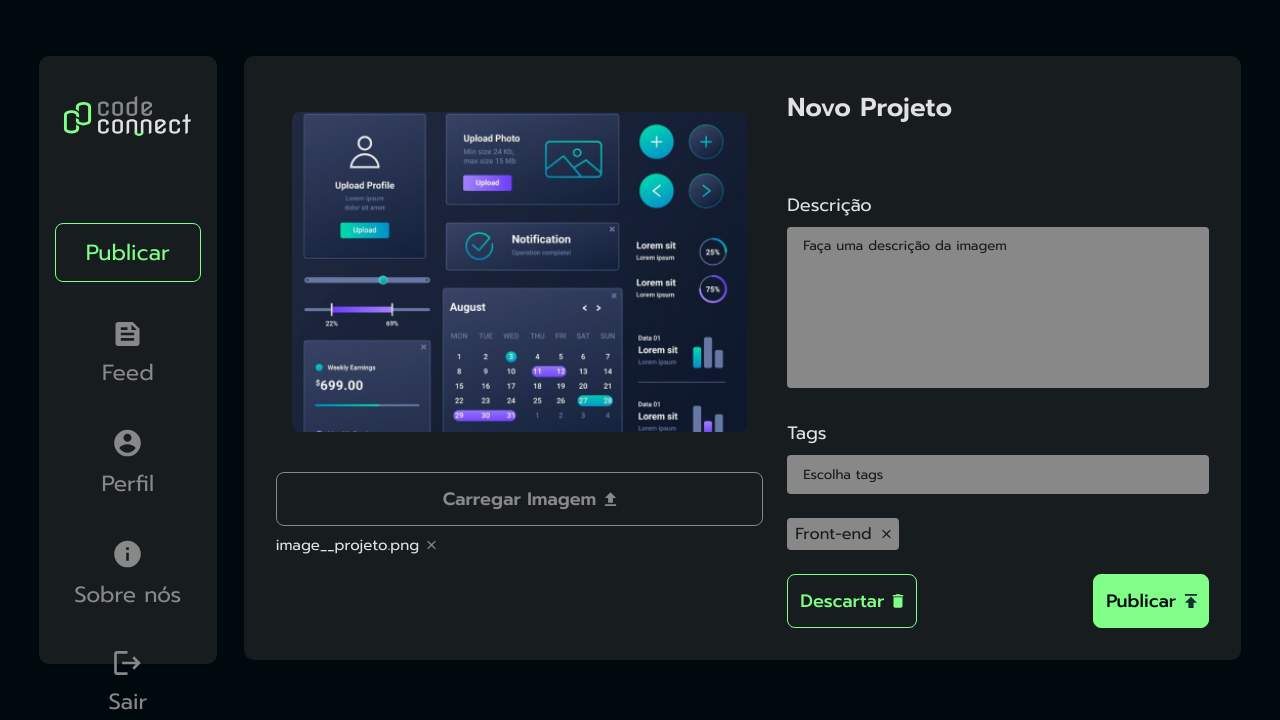
Repository: joaoPraiaJunior/async_await
Page: index.html
An editor plug-in stored every save of this project. The page is shown before and after the next save, followed by the edit.
The browser window is 1280 px wide. The pictures show the whole page.

Above is the page before, as saved 2024-08-25 21:05:52.

### index.html
<!DOCTYPE html>
<html lang="pt-BR" dir="ltr">

<head>
    <meta charset="UTF-8">
    <meta name="viewport" content="width=device-width, initial-scale=1.0">
    <meta name="description" content="Projeto Async Await">
    <link rel="preconnect" href="https://fonts.googleapis.com">
    <link rel="preconnect" href="https://fonts.gstatic.com" crossorigin>
    <link href="https://fonts.googleapis.com/css2?family=Prompt:ital,wght@0,100;0,200;0,300;0,400;0,500;0,600;0,700;0,800;0,900;1,100;1,200;1,300;1,400;1,500;1,600;1,700;1,800;1,900&display=swap" rel="stylesheet">
    <link rel="stylesheet" href="./css/styles.css">
    <title>CodeConnect</title>
</head>

<body>
    <aside class="l-lateral">
        <figure><img src="./img/Logo.svg" alt="Logo do codeconnect"></figure>
        <nav class="c-menu">
            <ul class="c-menu__lista">
                <li class="c-menu__item"><a href="#" class="c-menu__link">Publicar</a></li>
                <li class="c-menu__item"><a href="#" class="c-menu__link"><img src="./img/feed.svg" aria-hidden="true" alt>Feed</a></li>
                <li class="c-menu__item"><a href="#" class="c-menu__link"><img src="./img/account_circle.svg" aria-hidden="true" alt>Perfil</a></li>
                <li class="c-menu__item"><a href="#" class="c-menu__link"><img src="./img/info.svg" aria-hidden="true" alt>Sobre nós</a></li>
                <li class="c-menu__item"><a href="#" class="c-menu__link"><img src="./img/logout.svg" aria-hidden="true" alt>Sair</a></li>
            </ul>
        </nav>
    </aside>

    <main class="l-principal">
        <div class="c-upload-imagem">
            <div class="c-upload-imagem__container">
                <figure class="c-upload-imagem__publicacao">
                    <img src="./img/imagem1.png" data-js="imagem" alt>
                </figure>
            </div>
            <button class="c-upload-imagem__botao" aria-label="carregar imagem" data-js="upload-de-imagem" aria-label="carregar-imagem">Carregar Imagem</button>
            <input type="file" name="imagem" id="imagem" accept="image/*" aria-hidden="true" style="display:none" data-js="input-upload-imagem">
            <div class="c-upload-imagem__descricao">
                <p data-js="descricao-da-imagem">image__projeto.png</p>
                <img src="./img/close.svg" aria-label="Excluir a imagem" alt>
            </div>
        </div>

        <div class="c-formulario">
            <h1 class="c-formulario__titulo">Novo Projeto</h1>
            <form class="c-formulario__acoes">
                <div class="c-formulario__grupo">
                    <label for="descricao">Descrição</label>
                    <textarea name="descricao" id="descricao" placeholder="Faça uma descrição da imagem"></textarea>
                </div>

                <div class="c-formulario__grupo">
                    <label for="tags">Tags</label>
                    <input type="text" name="tags" id="tags" placeholder="Escolha tags">
                </div>

                <ul class="c-formulario__lista">
                    <li class="c-formulario__lista-tags">
                        <p>Front-end</p>
                        <img src="./img/close-black.svg" alt>
                    </li>
                </ul>

                <div class="c-formulario__botoes">
                    <button class="c-formulario__botao c-formulario__botao--descartar">Descartar</button>
                    <button class="c-formulario__botao c-formulario__botao--salvar">Publicar</button>
                </div>
            </form>
        </div>
    </main>

    <script src="./js/scripts.js"></script>
</body>

</html>

### css/styles.css
:root {
  /* Cores */
  --background-color: #00090e;
  --cor-do-texto: #e1e1e1;
  --cor-primaria: #81fe88;
  --cor-secundaria: #888888;
  --cor-da-tag: #171d1f;
  --componentes-do-background: #171d1f;

  /* Fontes */
  --fonte-padrao: "Prompt", sans-serif;
}

* {
  margin: 0;
  padding: 0;
  box-sizing: border-box;
}

html {
  font-size: 62.5%;
}

body {
  display: flex;
  justify-content: center;
  align-items: start;
  gap: 2.7rem;
  font-family: var(--fonte-padrao);
  font-size: 1.6rem;
  background-color: var(--background-color);
  color: var(--cor-do-texto);
  padding: 5.6rem 0;
  height: 100vh;
}

.l-lateral {
  text-align: center;
  background-color: var(--componentes-do-background);
  border-radius: 1rem;
  padding: 4rem 1.6rem;
  height: 100%;
}

.c-menu__lista {
  display: flex;
  flex-direction: column;
  align-items: center;
  gap: 4rem;
  margin-top: 8rem;
  list-style-type: none;
}

.c-menu__link {
  display: flex;
  flex-direction: column;
  align-items: center;
  gap: 1rem;
  font-size: 2.2rem;
  text-decoration: none;
  color: var(--cor-secundaria);
}

.c-menu__lista li:first-of-type a {
  color: var(--cor-primaria);
  border: 0.1rem solid var(--cor-primaria);
  border-radius: 0.8rem;
  padding: 1.2rem 3rem;
}

.l-principal {
  display: flex;
  gap: 2.4rem;
  background-color: var(--componentes-do-background);
  border-radius: 1rem;
  padding: 3.2rem;
}

.c-formulario {
  display: flex;
  flex-direction: column;
  gap: 2.4rem;
  width: 42.2rem;
}

.c-formulario__titulo {
  font-size: 2.6rem;
  font-weight: 600;
  margin-bottom: 4rem;
}

.c-formulario__acoes {
  display: flex;
  flex-direction: column;
  gap: 2.4rem;
}

.c-formulario__grupo label {
  display: block;
  font-size: 1.8rem;
  font-weight: 400;
  margin-bottom: 0.8rem;
}

.c-formulario__grupo input,
textarea {
  background-color: var(--cor-secundaria);
  font-family: var(--fonte-padrao);
  line-height: 2.25rem;
  border: none;
  border-radius: 0.4rem;
  padding: 0.8rem 1.6rem;
  width: 100%;
}

.c-formulario__grupo textarea {
  resize: none;
  height: 16.1rem;
}

.c-formulario__grupo input {
  height: 3.9rem;
}

.c-formulario__grupo input::placeholder, textarea::placeholder {
  color: var(--componentes-do-background);
}

.c-formulario__grupo label {
  cursor: pointer;
}

.c-formulario__lista {
  display: flex;
  list-style-type: none;
}

.c-formulario__lista-tags {
  display: flex;
  gap: 1rem;
  color: var(--cor-da-tag);
  background-color: var(--cor-secundaria);
  border-radius: 0.4rem;
  padding: 0.4rem 0.8rem;
  cursor: pointer;
}

.c-formulario__botoes {
  display: flex;
  justify-content: space-between;
  gap: 2.4rem;
}

.c-formulario__botao {
  font-family: var(--fonte-padrao);
  font-size: 1.8rem;
  font-weight: 500;
  text-align: center;
  border-radius: 0.8rem;
  padding: 1.2rem 3.2rem 1.2rem 1.2rem;
  cursor: pointer;
}

.c-formulario__botao--descartar,
.c-formulario__botao--salvar {
  position: relative;
}

.c-formulario__botao--descartar {
  color: var(--cor-primaria);
  background-color: var(--componentes-do-background);
  border: 0.1rem solid var(--cor-primaria);
}

.c-formulario__botao--salvar {
  color: var(--background-color);
  background-color: var(--cor-primaria);
  border: 0.1rem solid var(--cor-primaria);
}

.c-formulario__botao--descartar::after,
.c-formulario__botao--salvar::after,
.c-upload-imagem__botao::after {
  content: "";
  display: inline-block;
  position: absolute;
  top: 50%;
  background-size: contain;
  background-repeat: no-repeat;
  margin-left: 0.8rem;
  width: 1.5rem;
  height: 1.5rem;
  transform: translateY(-50%);
}

.c-formulario__botao--descartar::after {
  background-image: url("../img/trash.svg");
}

.c-formulario__botao--salvar::after {
  background-image: url("../img/arrow_forward2.svg");
}

.c-upload-imagem__botao::after {
  background-image: url("../img/upload.svg");
}

.c-upload-imagem__publicacao {
  background-color: var(--secundary-color);
  border-radius: 0.8rem;
  padding: 2.4rem 1.6rem;
  height: 36.8rem;
}

.c-upload-imagem__publicacao img {
  border-radius: 0.8rem;
  object-fit: cover;
  height: 100%;
}

.c-upload-imagem__botao {
  position: relative;
  color: var(--cor-secundaria);
  background-color: var(--componentes-do-background);
  font-family: var(--fonte-padrao);
  font-size: 1.8rem;
  font-weight: 600;
  text-align: center;
  margin: 1.6rem 0 0.8rem 0;
  border: 0.1rem solid var(--cor-secundaria);
  border-radius: 0.8rem;
  padding: 1.2rem;
  width: 100%;
  cursor: pointer;
}

.c-upload-imagem__descricao {
  display: flex;
  gap: 0.8rem;
  color: var(--secundary-color);
  font-size: 1.5rem;
}

.c-upload-imagem__descricao img {
  cursor: pointer;
}

### js/scripts.js
const elementos = {
    botaoUpaloadImagem: '[data-js="upload-de-imagem"]',
    inputUploadImagem: '[data-js="input-upload-imagem"]',
    imagem: '[data-js="imagem"]',
    descricaoDaImagem: '[data-js="descricao-da-imagem"]',
}

const botaoUpaloadImagem = document.querySelector(elementos.botaoUpaloadImagem);
const inputUploadImagem = document.querySelector(elementos.inputUploadImagem);
const imagem = document.querySelector(elementos.imagem);
const descricaoDaImagem = document.querySelector(elementos.descricaoDaImagem);

botaoUpaloadImagem.addEventListener('click', () => {
    inputUploadImagem.click();
});

function validaImagem(arquivo, evento, reject) {

    if (!validaExtensao(arquivo)) {
        reject('Extensão não permitida. Por favor, envie uma imagem no formato JPEG, PNG, JPG ou GIF');
        evento.target.value = '';
        return;
    }

    if (!validaTamnhoDaImagem(arquivo)) {
        reject('Tamanho da imagem não permitido. Por favor, envie uma imagem de até 2MB');
        evento.target.value = '';
        return;
    }
}

function validaExtensao(arquivo) {

    const extensoesPermitidas = ['image/jpeg', 'image/png', 'image/jpg', 'image/gif'];
    return extensoesPermitidas.includes(arquivo.type);
}

function validaTamnhoDaImagem(arquivo) {

    const tamanhoPermitidoDoisMB = 1024 * 1024 * 2;
    return arquivo.size <= tamanhoPermitidoDoisMB;
}


function lerConteudoDoArquivo(arquivo, evento) {

    return new Promise((resolve, reject) => {
        const leitor = new FileReader();
        leitor.onload = () => {

            validaImagem(arquivo, evento, reject)

            resolve({ url: leitor.result, nome: arquivo.name });
        }

        leitor.onerror = () => {
            reject(`Erro na leitura do arquivo ${arquivo.name}`);
        }

        leitor.readAsDataURL(arquivo);
    });
}

inputUploadImagem.addEventListener('change', async (evento) => {
    const arquivo = evento.target.files[0];

    if (arquivo) {
        try {
            const conteudoDoArquivo = await lerConteudoDoArquivo(arquivo, evento);
            imagem.src = conteudoDoArquivo.url;
            descricaoDaImagem.textContent = conteudoDoArquivo.nome;

        } catch (erro) {
            console.log(erro);
        }
    }
});

After the next save:
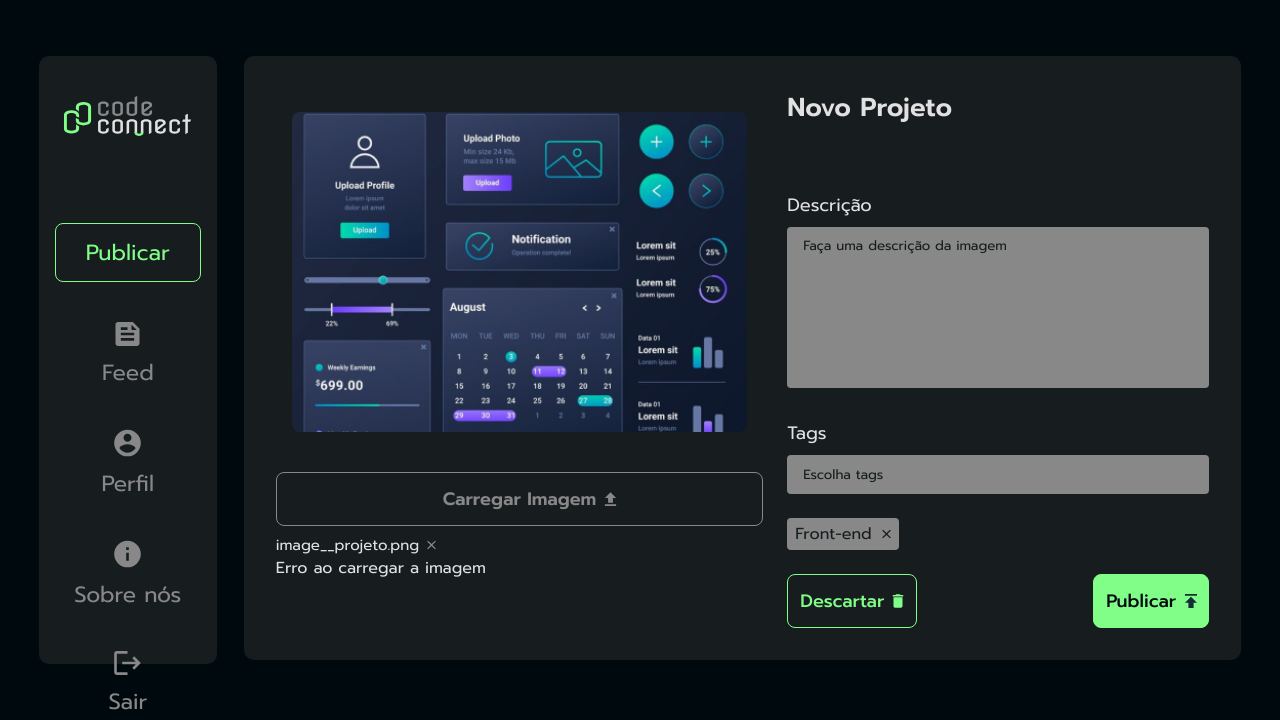
Saved 66 s later.
--- a/index.html
+++ b/index.html
@@ -39,6 +39,9 @@
                 <p data-js="descricao-da-imagem">image__projeto.png</p>
                 <img src="./img/close.svg" aria-label="Excluir a imagem" alt>
             </div>
+            <div class="c-upload-imagem__mensagem-erro">
+                <p data-js="mensagem-de-erro">Erro ao carregar a imagem</p>
+            </div>
         </div>
 
         <div class="c-formulario">
